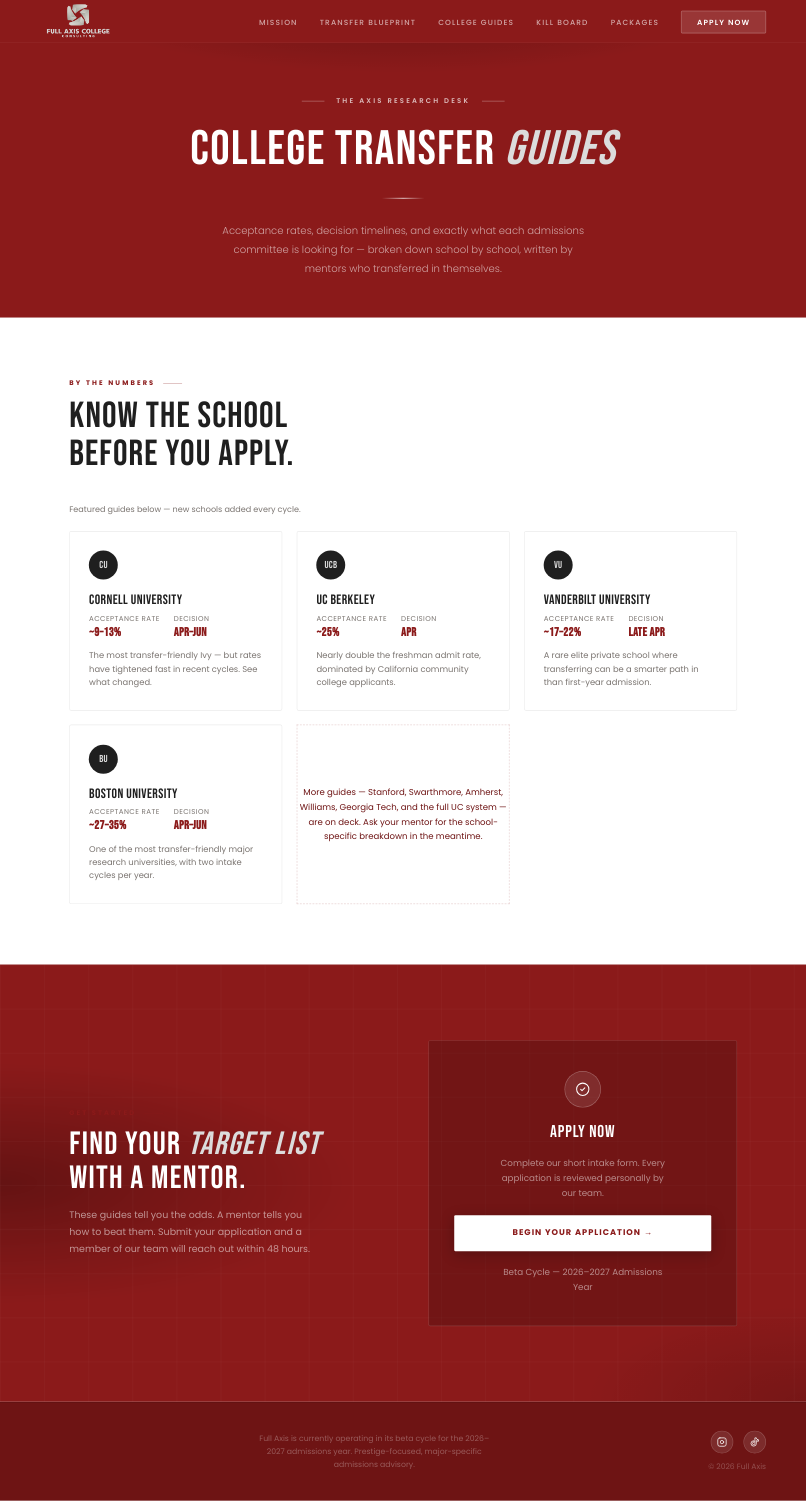
Repository: epeguero8311/cesar
Page: college-guides/index.html
The author's editor kept a copy of each file at every save. The page is drawn from the files as they stood at one save, then again after the next save.
The browser window is 1280 px wide. The pictures show the whole page, at 63% of full size.

Above is the page before, as saved 2026-07-09 17:39:10.

After the next save:
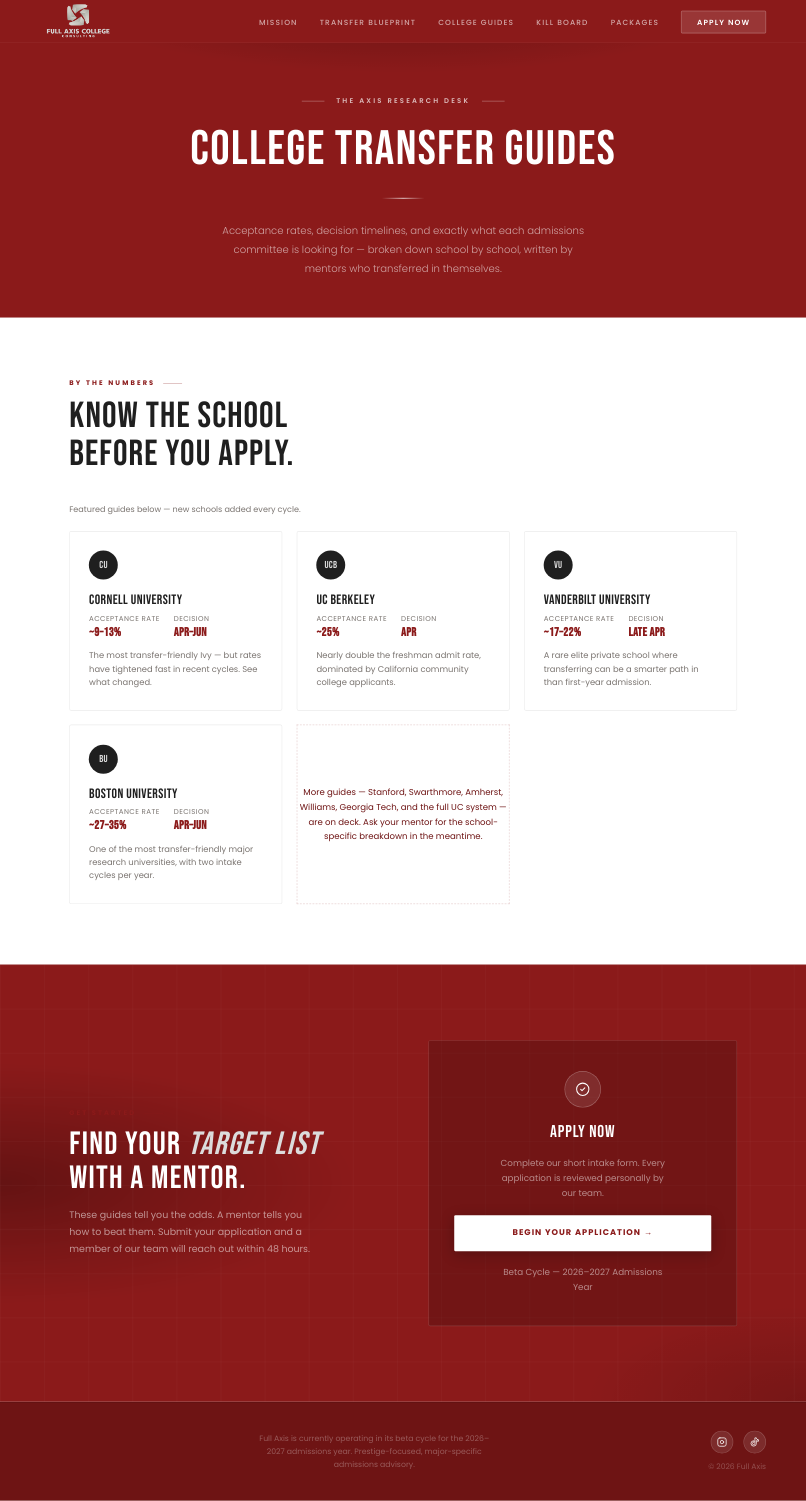
Saved 49 s later.
--- a/college-guides/index.html
+++ b/college-guides/index.html
@@ -31,7 +31,7 @@
 <section class="sub-hero">
   <div class="sub-hero-inner">
     <div class="hero-eyebrow">The Axis Research Desk</div>
-    <h1 class="sub-hero-title">College Transfer <em>Guides</em></h1>
+    <h1 class="sub-hero-title">College Transfer Guides</h1>
     <div class="hero-rule"></div>
     <p class="sub-hero-sub">Acceptance rates, decision timelines, and exactly what each admissions committee is looking for — broken down school by school, written by mentors who transferred in themselves.</p>
   </div>
